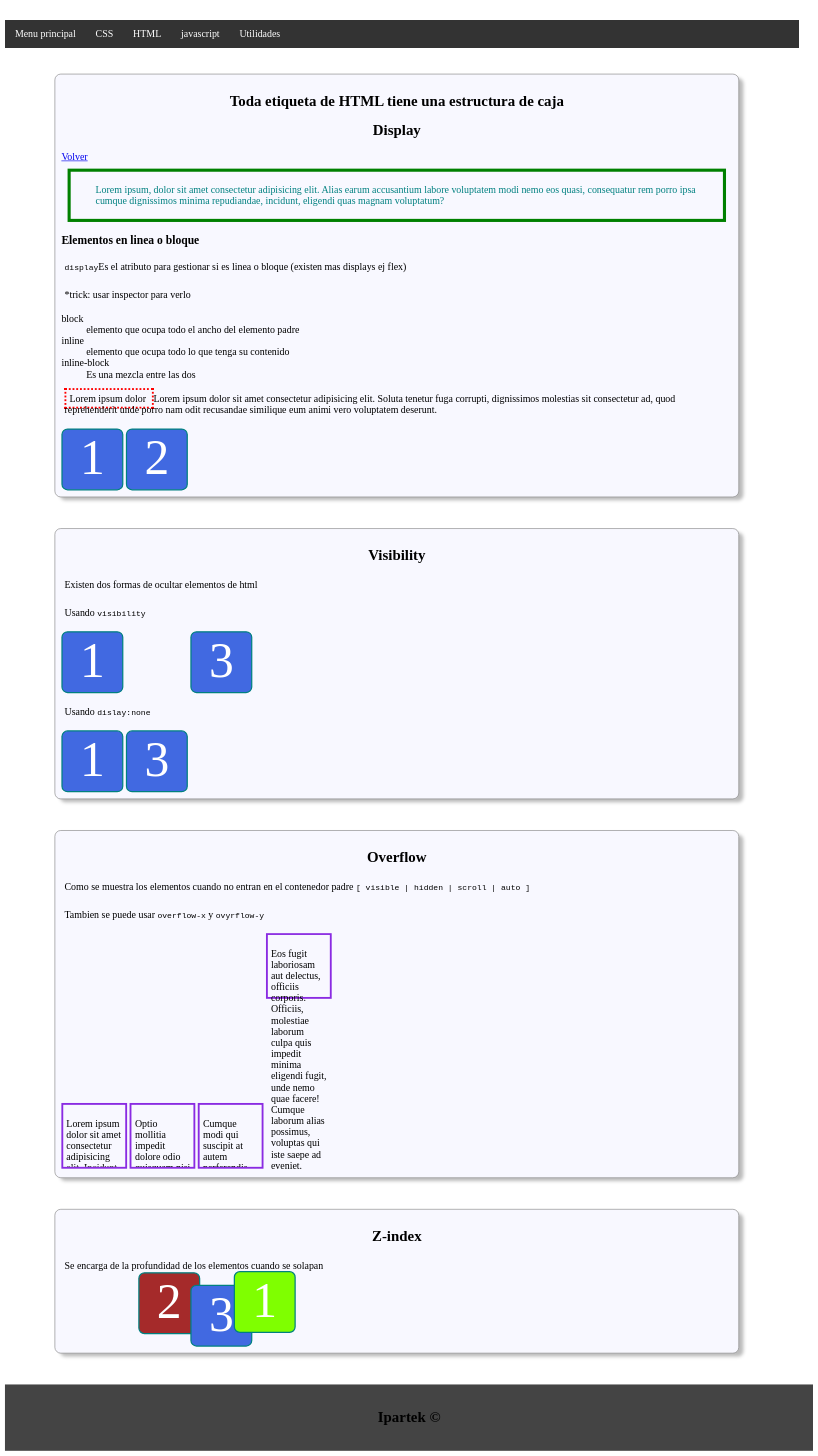
Repository: jcsanceledonio/java_2019_0396_2
Page: http://localhost/javaWebApp/ejemplos/html/box-model.jsp
An editor plug-in stored every save of this project. The page is shown before and after the next save, followed by the edit.
The browser window is 1280 px wide. The page is 1312 px wide, then 1320 px, so the pictures cover 1320 px, including what lies to the right of the window. The pictures show the whole page, at 62% of full size.
Some web libraries are served in a nearby version. The page is served by Tomcat 9. Other server files are loaded and not shown.

Above is the page before, as saved 2019-11-20 10:44:19.

### javaWebApp/src/main/webapp/ejemplos/html/box-model.jsp
<%String titulo = "HelloWeb | box-model";%>

<%@include file="/includes/header.jsp" %>
<%@include file="/includes/navigation.jsp"%>
    <style>
        body {

        }

        span {
            border: 3px dotted red;
            padding: 5px;
        }

        p {

            padding: 5px;
        }

        p.prueba {
            color: teal;
            border: 5px solid green;
            margin: 10px;
            /* padding: 20px;  */
            padding: 20px 40px;
        }

        .box {
            display: inline-block;
            /* para que el bloque ocupe el borde que especifiquemos
            sin que se le sume los 2px de los bordes */
            box-sizing: border-box;
            width: 100px;
            height: 100px;

            border: 2px solid teal;
            background-color: royalblue;
            border-radius: 10px;

            color: #fff;
            font-size: 5em;
            text-align: center;
        }

        .box-texto {
            display: inline-block;
            width: 100px;
            height: 100px;
            border: 3px solid blueviolet;
        }

        section {
        	margin: 0px 80px 0px 80px;
            border: 1px solid rgb(131, 131, 131);
            background-color: ghostwhite;
            padding: 10px;
            margin-bottom: 50px;
            border-radius: 10px;

            -webkit-box-shadow: 8px 6px 6px -1px rgba(0, 0, 0, 0.27);
            -moz-box-shadow: 8px 6px 6px -1px rgba(0, 0, 0, 0.27);
            box-shadow: 8px 6px 6px -1px rgba(0, 0, 0, 0.27);
        }
    </style>

    <h1>Visualización</h1>

    <section>
        <h2>Toda etiqueta de HTML tiene una estructura de caja</h2>
        <h2>Display</h2>
        <a href="index.jsp">Volver</a>

        <p class="prueba">Lorem ipsum, dolor sit amet consectetur adipisicing elit. Alias earum accusantium labore
            voluptatem modi nemo eos
            quasi, consequatur rem porro ipsa cumque dignissimos minima repudiandae, incidunt, eligendi quas magnam
            voluptatum?</p>

        <h3>Elementos en linea o bloque</h3>
        <p><code>display</code>Es el atributo para gestionar si es linea o bloque (existen mas displays ej flex)</p>
        <p>*trick: usar inspector para verlo</p>
        <dl>
            <dt>block</dt>
            <dd>elemento que ocupa todo el ancho del elemento padre</dd>

            <dt>inline</dt>
            <dd>elemento que ocupa todo lo que tenga su contenido</dd>

            <dt>inline-block</dt>
            <dd>Es una mezcla entre las dos</dd>

        </dl>

        <p> <span> Lorem ipsum dolor </span> Lorem ipsum dolor sit amet consectetur adipisicing elit. Soluta tenetur
            fuga
            corrupti, dignissimos molestias sit
            consectetur ad, quod reprehenderit unde porro nam odit recusandae similique eum animi vero voluptatem
            deserunt.
        </p>

        <div class="box">1</div>
        <div class="box">2</div>
    </section>

    <section>
        <h2>Visibility</h2>
        <p>Existen dos formas de ocultar elementos de html</p>
        <!-- Se oculta pero respeta el espacio -->
        <p>Usando <code>visibility</code></p>
        <div class="box">1</div>
        <div class="box" style="visibility:hidden">2</div>
        <div class="box">3</div>

        <!-- Se oculta y no ocupa espacio -->
        <p>Usando <code>dislay:none</code></p>
        <div class="box">1</div>
        <div class="box" style="display:none">2</div>
        <div class="box">3</div>
    </section>

    <section>
        <h2>Overflow</h2>
        <p> Como se muestra los elementos cuando no entran en el contenedor padre
            <code>[ visible | hidden | scroll | auto ]</code> </p>
        <p>Tambien se puede usar <code>overflow-x</code> y <code>ovyrflow-y</code></p>
        <div class="box-texto" style="overflow: hidden;">
            <p>Lorem ipsum dolor sit amet consectetur adipisicing elit. Incidunt laudantium ipsam facere explicabo in
                adipisci sed autem aliquid aspernatur magni neque, dolorem maiores! Quos praesentium dolorem inventore
                tenetur dolorum nam!</p>
        </div>
        <div class="box-texto" style="overflow: scroll;">
            <p>Optio mollitia impedit dolore odio quisquam nisi perferendis autem provident aspernatur sit, voluptates
                inventore et quia repellendus assumenda nesciunt officia voluptatem, harum est saepe pariatur
                consequatur! Ea eum quos veniam.</p>
        </div>
        <div class="box-texto" style="overflow: auto;">
            <p>Cumque modi qui suscipit at autem perferendis ullam tempore cum, culpa asperiores. Pariatur numquam
                provident velit facere quo vitae! Accusamus pariatur quaerat officia molestias ad fugit natus et
                dignissimos tempore!</p>
        </div>
        <div class="box-texto" style="overflow: visible;">
            <p>Eos fugit laboriosam aut delectus, officiis corporis. Officiis, molestiae laborum culpa quis impedit
                minima eligendi fugit, unde nemo quae facere! Cumque laborum alias possimus, voluptas qui iste saepe ad
                eveniet.</p>
        </div>

    </section>

    <section>
        <h2>Z-index</h2>
        <p>Se encarga de la profundidad de los elementos cuando se solapan</p>

        <div class="box"
            style="background-color: chartreuse; position: relative; left: 278px; bottom: 22px; z-index: 2;">1</div>
        <div class="box" style="z-index: 0;position: relative; top:-20px; left:20px; background-color: brown;">2</div>
        <div class="box" style="z-index: 1;position: relative;">3</div>

    </section>

  <%@include file="/includes/footer.jsp" %>

### javaWebApp/src/main/webapp/includes/header.jsp
<!DOCTYPE html> <!-- html5 -->
<html lang="es">

<head>
    <meta charset="UTF-8">
    <meta name="viewport" content="width=device-width, initial-scale=1.0">
    <meta http-equiv="X-UA-Compatible" content="ie=edge">
    <title><%=titulo%></title>
    <link href="https://fonts.googleapis.com/icon?family=Material+Icons" rel="stylesheet">
    <link rel="stylesheet" href="https://cdnjs.cloudflare.com/ajax/libs/font-awesome/5.11.2/css/all.css">

    <!-- <base href="/PruebaTecnica/"> -->
    <base href="/helloweb/">
    <!-- estilos -->
    <link rel="stylesheet" href="css/styles.css">

</head>

<body>

### javaWebApp/src/main/webapp/includes/navigation.jsp
 <header>
        <nav>
            <ul>
                <li><a href="#home">Menu principal</a></li>
                <li class="dropdown">
                    <a href="#" class="dropbtn">CSS</a>
                    <div class="dropdown-content">
                        <a href="ejemplos/css/animaciones.jsp">Animaciones</a>
                        <a href="ejemplos/css/basico.jsp">Basico</a>
                        <a href="ejemplos/css/especificidad.jsp">Especificidad</a>
                        <a href="ejemplos/css/avanzado.jsp">Avanzado</a>

                    </div>
                </li>
                <li class="dropdown">
                    <a href="#" class="dropbtn">HTML</a>
                    <div class="dropdown-content">
                        <a href="ejemplos/html/box-model.jsp">Visualizacion</a>
                        <a href="ejemplos/html/posicionamiento.jsp">Posicionamiento</a>
                        <a href="ejemplos/html/formulario.jsp">Formularios</a>
                        <a href="login.jsp">Login</a>
                    </div>
                </li>
                <li class="dropdown">
                    <a href="#" class="dropbtn">javascript</a>
                    <div class="dropdown-content">
                        <a href="ejemplos/js/game.jsp">Arkanoid</a>
                    </div>
                </li>
                <li class="dropdown">
                    <a href="#" class="dropbtn">Utilidades</a>
                    <div class="dropdown-content">
                        <a href="https://caniuse.com/">caniuse</a>
                    </div>
                </li>
            </ul>
        </nav>
    </header>

### javaWebApp/src/main/webapp/includes/footer.jsp
 <footer>
        <h2>Ipartek &copy</h2>
    </footer>

    <!-- javascript -->
    <script src="js/main.js"></script>
</body>

</html>

### javaWebApp/src/main/webapp/css/styles.css
/*
Hoja de estilos
esto es un comentario de bloque
@author: Juan Carlos
@version: 1.0
@tags: css, basic, etc...
@licencia mit
 */

@import url("reset.css")

/*
orden CSS
1. Reset
2. @Keyframes
3. TODAS etiquetas estilos generales
4. Layouts
5. clases para reutilizar
6. cosas mas especificas como los ids
 */

body {
    font-size: 16px;
    font-family: Arial, Helvetica, sans-serif;
}

h1 {
    color: #0099CC;
    font-size: 3em;
    text-align: center;
}

h2 {
    text-align: center;
}

.tabla {
    background-color: white;
    text-align: center;
}

table {
    width: 50%;
    margin: auto;
}

table caption {
    font-size: 2em;
}

td {
    width: 50%;
    height: 30px;
    border: 1px solid #000;
    border-radius: 5px;
}

main {
    margin-bottom: 180px;
}

td:hover {
    background-color: rgb(24, 123, 236);
}

/*Icono del ojo*/
.fa-eye{
	color:red;

}

/* -------------------------------------- */

/* Formulario */

input[type="text"]:valid {
    color: green;
}

input[type="text"]:invalid {
    color: red;
}

/* /Fin formulario */

/* ----------------------------------------- */

.parallax {
    background-image: url(/helloweb/images/office.jpg);
    /* Create the parallax scrolling effect */
    height: 500px;
    background-attachment: fixed;
    background-position: center;
    background-repeat: no-repeat;
    background-size: cover;
}

.parallax h1 {
    padding-top: 3em;
}

.parallax h2 {
    padding-top: 0.5em;
}

nav {
    width: 100%;
    position: fixed;
}

nav ul {
    list-style-type: none;
    margin: 0;
    padding: 0;
    overflow: hidden;
    background-color: #333;
}

nav li {
    float: left;
}

nav li a, .dropbtn {
    display: inline-block;
    color: white;
    text-align: center;
    padding: 14px 16px;
    text-decoration: none;
}

nav li a:hover, .dropdown:hover .dropbtn {
    background-color: rgb(0, 60, 255);
}

nav li.dropdown {
    display: inline-block;
}

.dropdown-content {
    display: none;
    position: absolute;
    background-color: #f9f9f9;
    min-width: 160px;
    box-shadow: 0px 8px 16px 0px rgba(0, 0, 0, 0.2);
    z-index: 1;
}

.dropdown-content a {
    color: black;
    padding: 12px 16px;
    text-decoration: none;
    display: block;
    text-align: left;
}

.dropdown-content a:hover {
    background-color: #f1f1f1;
}

.dropdown:hover .dropdown-content {
    display: block;
}

footer {
    /*  position: fixed; */
    padding: 20px;
    bottom: 0;
    background-color: rgb(68, 68, 68);
    width: 100%;
}

#btnUp {
    width: 40px;
    height: 40px;
    display: flex;
    align-items: center;
    justify-content: center;
    background: rgb(5, 125, 165);
    border-radius: 50%;
    text-decoration: none;
    color: white;
    box-shadow: 2px 2px 5px rgba(0, 0, 0, 0.25);
    position: fixed;
    right: 20px;
    bottom: 20px;
    transition: background 0.25s;
}

#btnUp:active {
    background: rgb(4, 80, 105);
}

### javaWebApp/src/main/webapp/js/main.js
//Comentario de linea
/*
    Comentario de bloque
*/
/**
 *  Comentario de bloque para documentar
 */

console.trace('Esto es una traza de log');
console.info('Para informar de cosas');
var a = 2;
console.debug('La variable a=' + a);
//console.warn('alerta');
//console.error('Error en la conexion de al servidor');

function buscarVoluntario() {

    var personas = ["Juan", "Pepe", "Luis"];
    //console.trace('click buscaVoluntario');

    document.getElementById("nombre").innerHTML = personas[Math.floor(Math.random() * personas.length)];

    //document.getElementById('nombre').innerHTML = "Ander";
}

Loaded but not shown: javaWebApp/src/main/webapp/css/reset.css (common file)

After the next save:
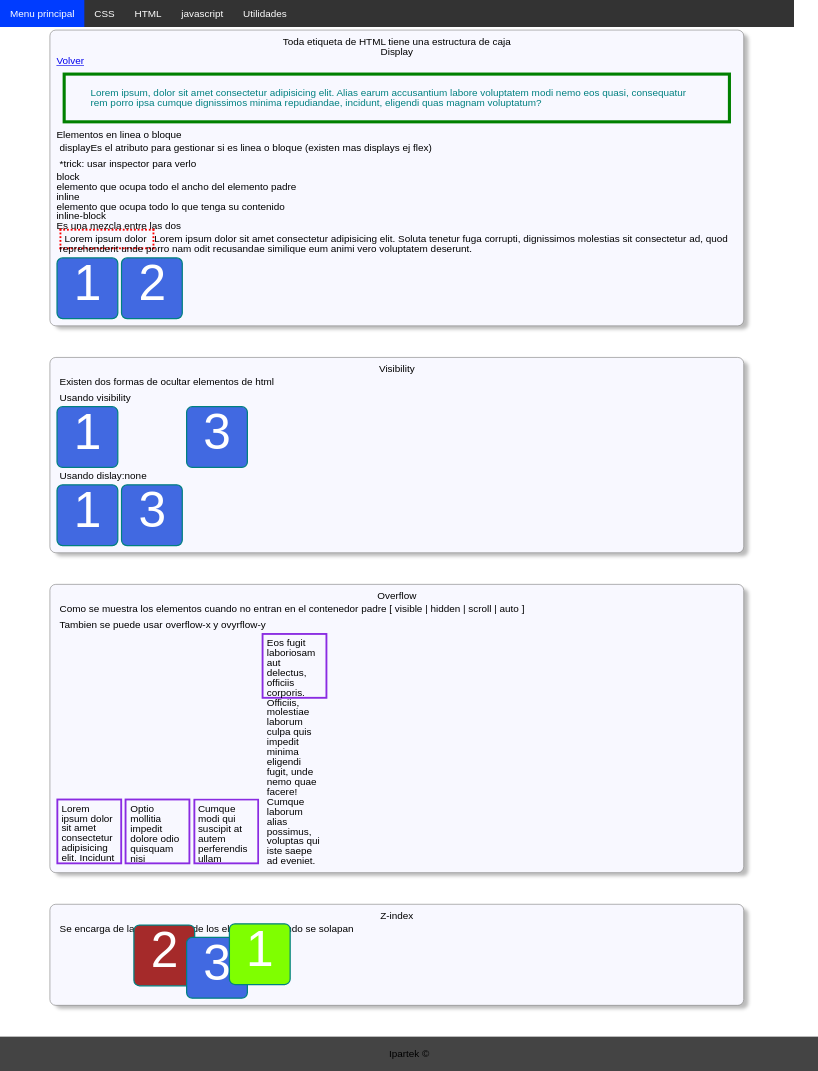
Saved 29 s later.
--- a/javaWebApp/src/main/webapp/css/styles.css
+++ b/javaWebApp/src/main/webapp/css/styles.css
@@ -7,7 +7,7 @@ esto es un comentario de bloque
 @licencia mit
  */
 
-@import url("reset.css")
+@import url("reset.css");
 
 /*
 orden CSS
